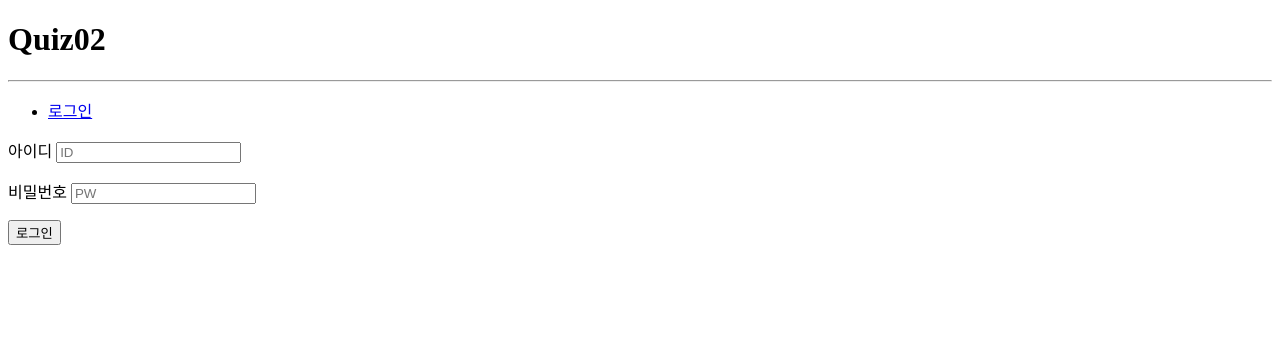
Repository: ChimmyWorld/JSP
Page: http://localhost/Day50/quiz2/home.jsp
These files come from the project's save history. The page is drawn as it stood at one moment and after the next save; the edit follows.
The browser window is 1280 px wide. The pictures show the whole page.
The page is served by Tomcat 9.

Above is the page before, as saved 2023-09-19 05:04:06.

After the next save:
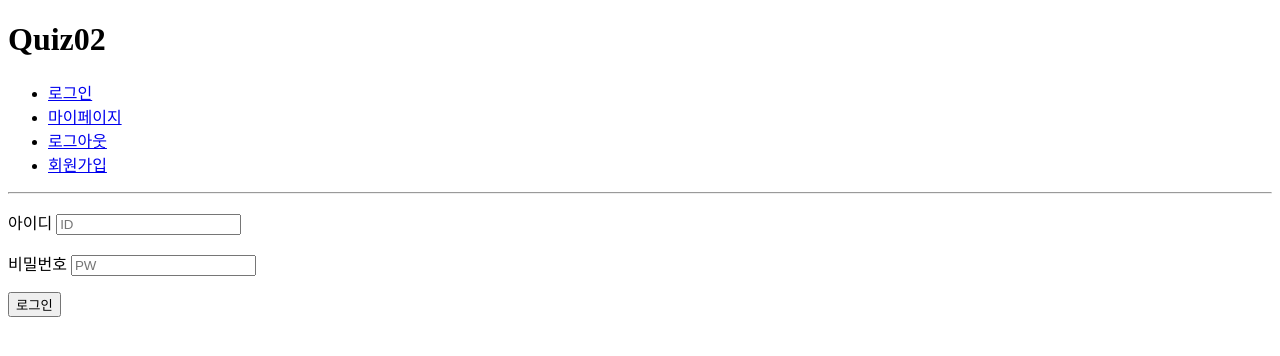
Saved 45 s later.
--- a/Day50/WebContent/quiz2/header.jsp
+++ b/Day50/WebContent/quiz2/header.jsp
@@ -8,11 +8,16 @@
 </head>
 <body>
 	<h1>Quiz02</h1>
-	<hr>
 
 	<ul>
 		<li><a href="login.jsp">로그인</a></li>
+		<li><a href="myPage.jsp">마이페이지</a>
+		<li><a href="logout.jsp">로그아웃</a>
+		<li><a href="signUp.jsp">회원가입</a>
 	</ul>
+	<hr>
+
+
 
 
 
